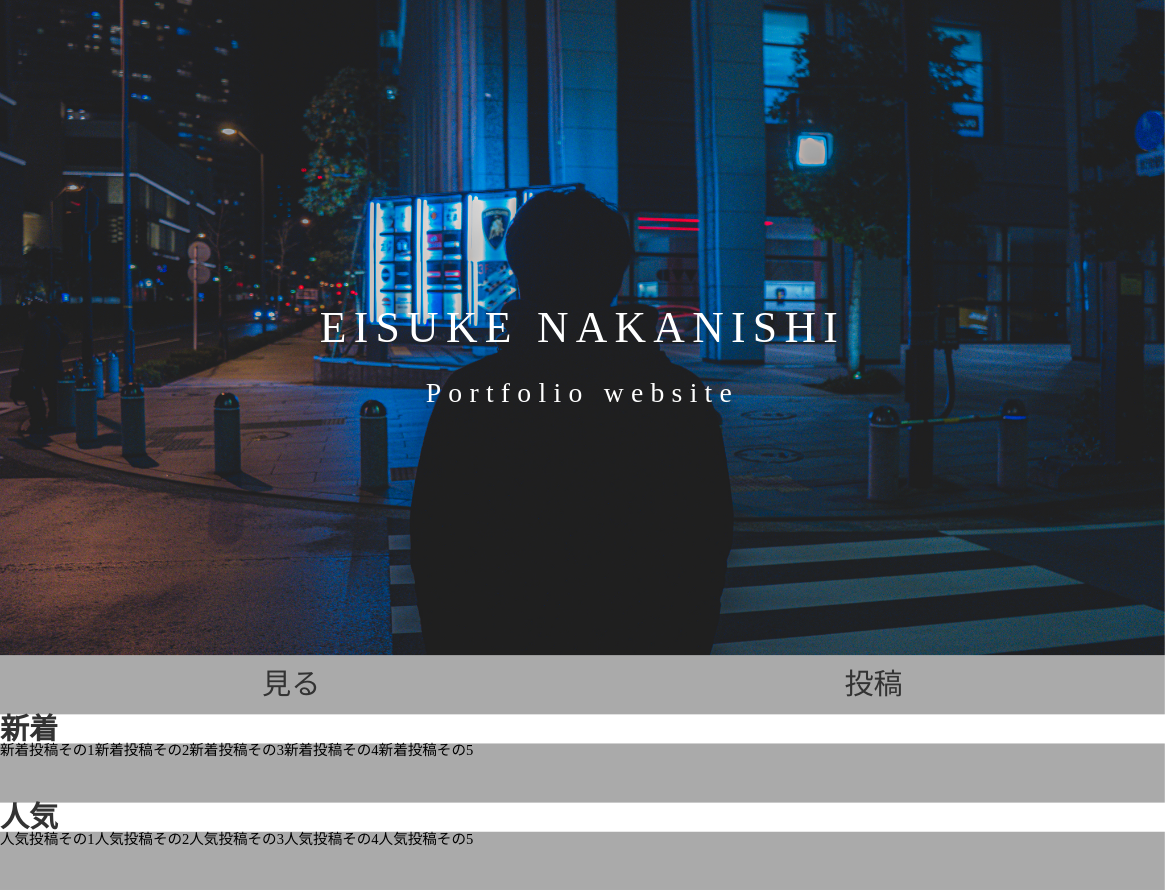
Repository: KustomApe/LandorusInc
Page: index.html
These files come from the project's save history. The page is drawn as it stood at one moment and after the next save; the edit follows.
The browser window is 1280 px wide. The pictures show the whole page, at 91% of full size.

Above is the page before, as saved 2021-07-24 13:13:07.

### index.html
<!DOCTYPE html>
<html lang="ja">
<head>
    <meta charset="UTF-8">
    <meta http-equiv="X-UA-Compatible" content="IE=edge">
    <meta name="viewport" content="width=device-width, initial-scale=1.0">
    <title>掲示板</title>
    <link rel="stylesheet" href="./assets/css/html5doctor.css">
    <link rel="stylesheet" href="./assets/css/style.css">
</head>
<body>
<div id="wrap">
    <div id="main_img">
        <h1>EISUKE NAKANISHI</h1>
        <h2>Portfolio website</h2>
    </div>
    <div class="contents">
        <ul id="main_btn">
            <li>見る</li>
            <li>投稿</li>
        </ul>
        <h2>新着</h2>
        <ul class="topics">
            <li>新着投稿その1</li>
            <li>新着投稿その2</li>
            <li>新着投稿その3</li>
            <li>新着投稿その4</li>
            <li>新着投稿その5</li>
        </ul>
        <h2>人気</h2>
        <ul class="topics">
            <li>人気投稿その1</li>
            <li>人気投稿その2</li>
            <li>人気投稿その3</li>
            <li>人気投稿その4</li>
            <li>人気投稿その5</li>
        </ul>
    </div>
</div>
</body>
</html>

### assets/css/html5doctor.css
html, body, div, span, object, iframe,
h1, h2, h3, h4, h5, h6, p, blockquote, pre,
abbr, address, cite, code,
del, dfn, em, img, ins, kbd, q, samp,
small, strong, sub, sup, var,
b, i,
dl, dt, dd, ol, ul, li,
fieldset, form, label, legend,
table, caption, tbody, tfoot, thead, tr, th, td,
article, aside, canvas, details, figcaption, figure,
footer, header, hgroup, menu, nav, section, summary,
time, mark, audio, video {
    margin:0;
    padding:0;
    border:0;
    outline:0;
    font-size:100%;
    vertical-align:baseline;
    background:transparent;
}

body {
    line-height:1;
}

article,aside,details,figcaption,figure,
footer,header,hgroup,menu,nav,section {
    display:block;
}

nav ul {
    list-style:none;
}

blockquote, q {
    quotes:none;
}

blockquote:before, blockquote:after,
q:before, q:after {
    content:'';
    content:none;
}

a {
    margin:0;
    padding:0;
    font-size:100%;
    vertical-align:baseline;
    background:transparent;
}

/* change colours to suit your needs */
ins {
    background-color:#ff9;
    color:#000;
    text-decoration:none;
}

/* change colours to suit your needs */
mark {
    background-color:#ff9;
    color:#000;
    font-style:italic;
    font-weight:bold;
}

del {
    text-decoration: line-through;
}

abbr[title], dfn[title] {
    border-bottom:1px dotted;
    cursor:help;
}

table {
    border-collapse:collapse;
    border-spacing:0;
}

/* change border colour to suit your needs */
hr {
    display:block;
    height:1px;
    border:0;
    border-top:1px solid #cccccc;
    margin:1em 0;
    padding:0;
}

input, select {
    vertical-align:middle;
}

### assets/css/style.css
@charset "utf-8";

body {
    width: 100%;
    max-width: 1920px;
}

div#main_img {
    position: relative;
    display: block;
    width: 100%;
    height: 100vh;
    background: url('../img/main.jpg');
    background-size: cover;
}

div#main_img h1 {
    position: absolute;
    top: 50%;
    left: 50%;
    transform: translate(-50%, -50%);
    -webkit-transform: translate(-50%, -50%);
    -ms-transform: translate(-50%, -50%);
    color: #fff;
    font-size: 3rem;
    font-weight: lighter;
    letter-spacing: 0.5rem;
}

div#main_img h2 {
    position: absolute;
    top: 60%;
    left: 50%;
    transform: translate(-50%, -50%);
    -webkit-transform: translate(-50%, -50%);
    -ms-transform: translate(-50%, -50%);
    color: #fff;
    font-size: 1.9rem;
    font-weight: lighter;
    letter-spacing: 0.5rem;
}

div.contents {
    width: 100%;
}

div.contents ul#main_btn {
    list-style: none;
    display: flex;
    width: 100%;
    height: 9vh;
    background: #aaa;
}

div.contents ul#main_btn li {
    display: block;
    width: 100%;
    height: 5vh;
    line-height: 5vh;
    margin: 0 auto;
    padding: 2vh 0;
    font-size: 2rem;
    color: #333;
    text-align: center;
}

div.contents h2 {
    font-size: 2rem;
    color: #333;
}

ul.topics {
    list-style: none;
    display: flex;
    width: 100%;
    height: 9vh;
    background: #aaa;
}

After the next save:
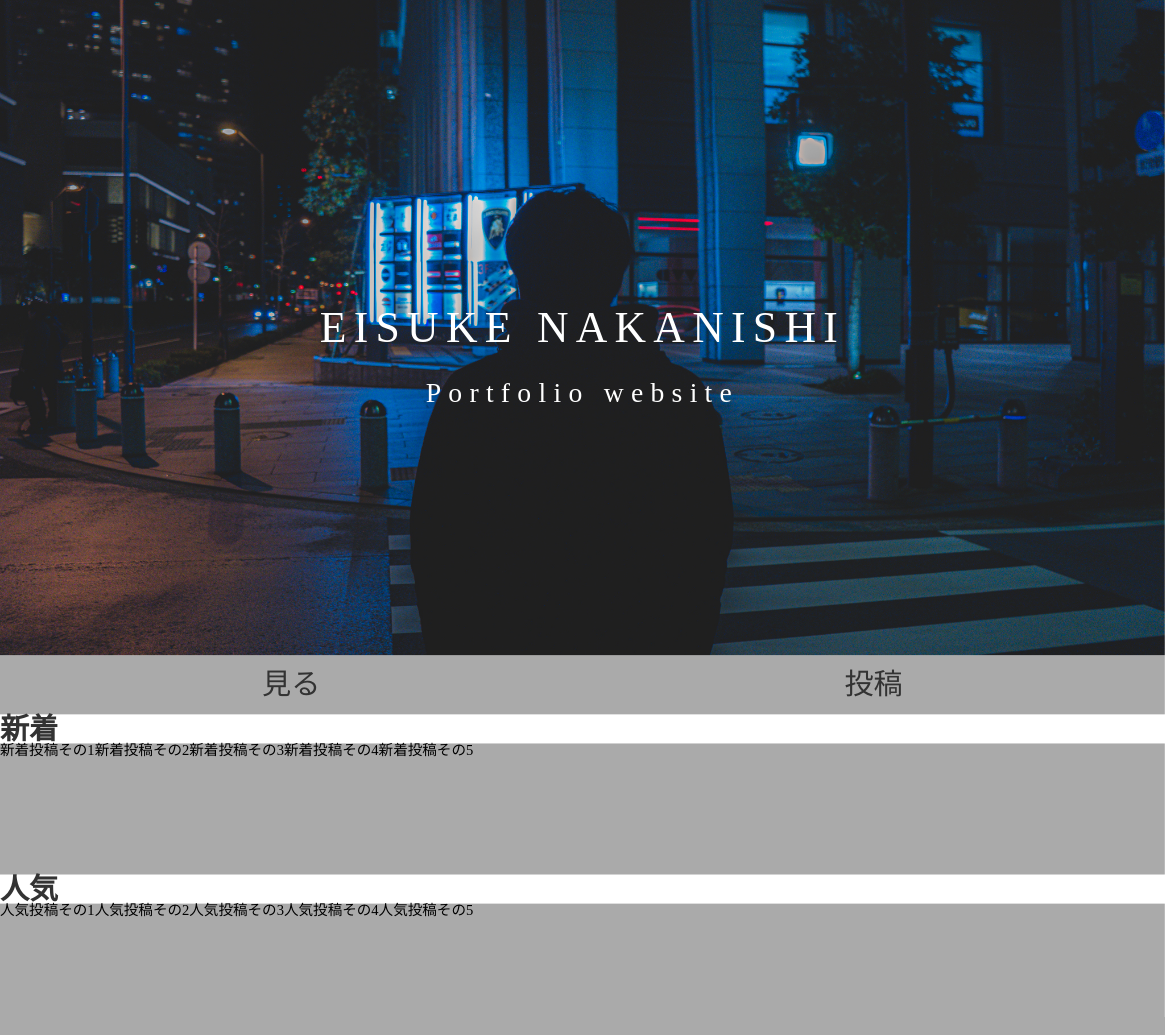
Saved 11 s later.
--- a/assets/css/style.css
+++ b/assets/css/style.css
@@ -73,6 +73,6 @@ ul.topics {
     list-style: none;
     display: flex;
     width: 100%;
-    height: 9vh;
+    height: 20vh;
     background: #aaa;
 }
